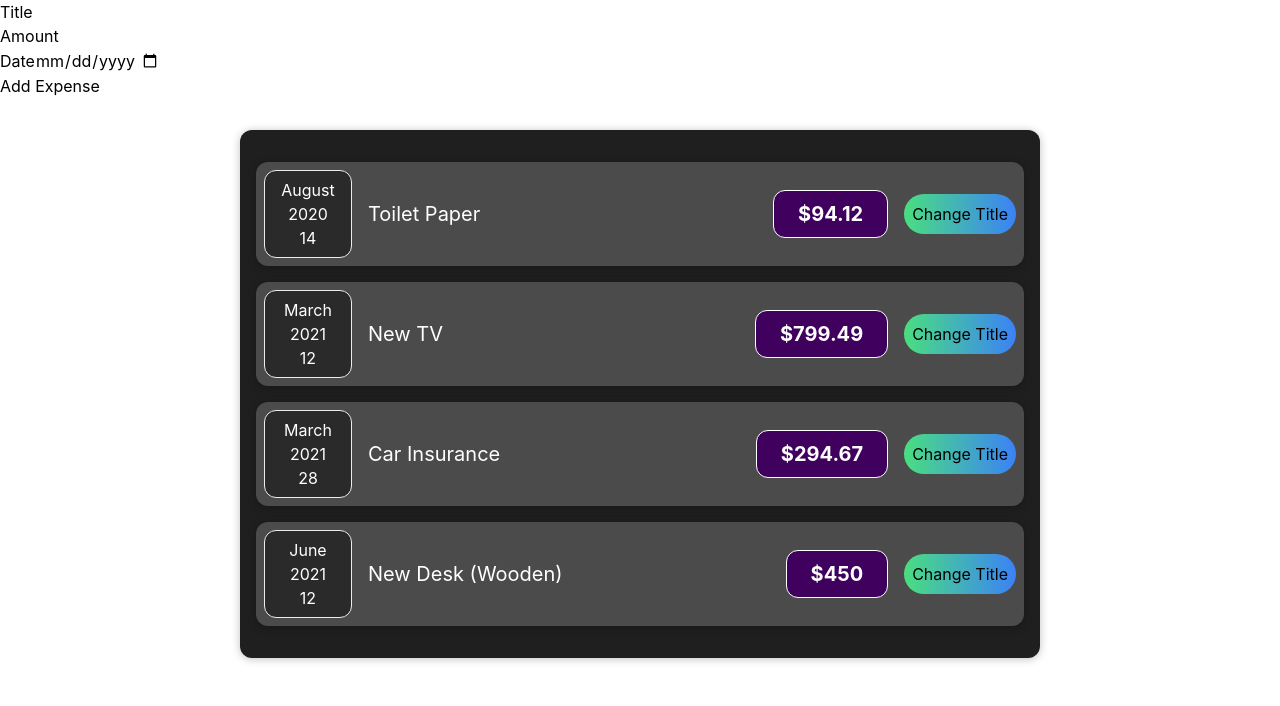
Repository: Sef24/expense-tracker
Page: /
An editor plug-in stored every save of this project. The page is shown before and after the next save, followed by the edit.
The browser window is 1280 px wide. The pictures show the whole page.
The project was rebuilt for these pictures with package versions that can differ from the ones it lists, and the page was loaded fresh each time. Also part of the build but not shown: src/components/NewExpense/NewExpense.css, src/components/NewExpense/ExpenseForm.css.

Above is the page before, as saved 2022-04-24 15:44:38.

After the next save:
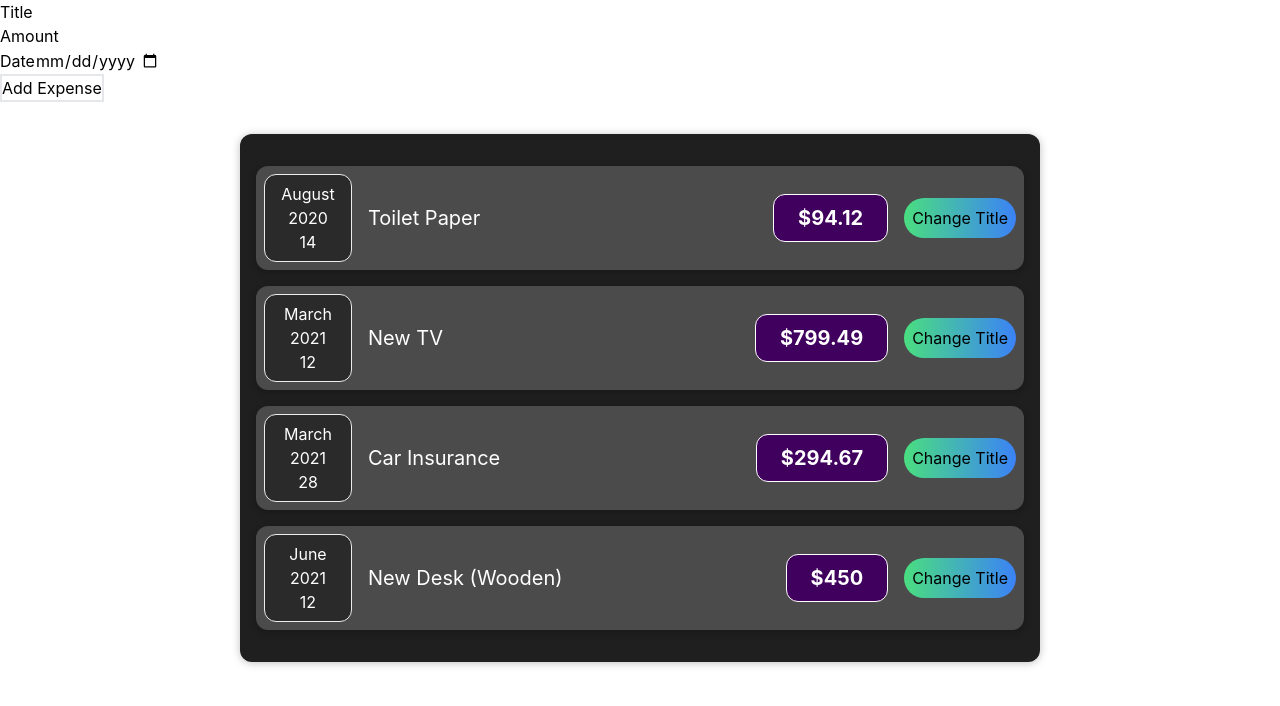
Saved 34 s later.
--- a/src/components/NewExpense/ExpenseForm.js
+++ b/src/components/NewExpense/ExpenseForm.js
@@ -67,7 +67,7 @@ function ExpenseForm() {
       </div>
 
       <div>
-        <button className="border-solid rounded-full" type="submit">
+        <button className="border-solid border-2" type="submit">
           Add Expense
         </button>
       </div>
